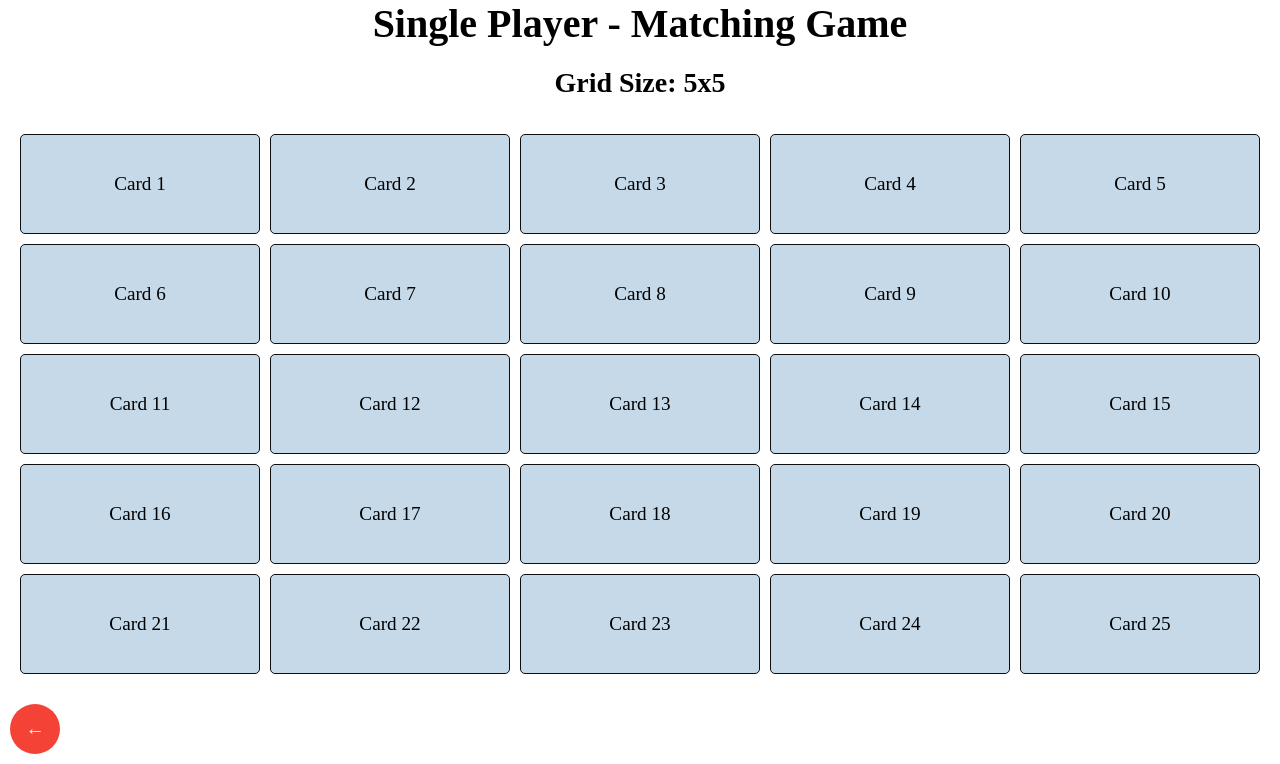
Repository: parnelltse/frontend2-courseproject
Page: /singlegame
The author's editor kept a copy of each file at every save. The page is drawn from the files as they stood at one save, then again after the next save.
The browser window is 1280 px wide. The pictures show the whole page.
The project was rebuilt for these pictures with package versions that can differ from the ones it lists, and the page was loaded fresh each time. Also part of the build but not shown: vite.config.js, src/pages/landing.jsx, src/pages/home.jsx, src/pages/gameoptions.jsx, src/pages/appsettings.jsx, src/pages/profilesettings.jsx, src/pages/gamehistory.jsx, src/pages/singleplayer.jsx and 4 more.

Above is the page before, as saved 2024-11-16 01:37:42.

### src/App.jsx
import React, { useState } from 'react';
import { BrowserRouter as Router, Routes, Route } from 'react-router-dom';
import { Landing } from './pages/landing';
import Home from './pages/home';
import Gameoptions from './pages/gameoptions';
import AppSettings from './pages/appsettings';
import ProfileSettings from './pages/profilesettings';
import GameHistory from './pages/gamehistory'; // Import GameHistory
import SinglePlayer from './pages/singleplayer';
import MultiPlayer from './pages/multiplayer';
import ResumeGame from './pages/resumegame';
import SingleGame from './pages/singlegame';
import MultiGame from './pages/multigame';

function App() {
  const [scores, setScores] = useState([
    { date: '2024-10-19', score: 85, gameMode: 'Single Player' },
    { date: '2024-10-18', score: 90, gameMode: 'Multiplayer' },
    { date: '2024-10-17', score: 75, gameMode: 'Single Player' },
  ]);

  return (
    <Router>
      <Routes>
        <Route path="/" element={<Landing />} />
        <Route path="/home" element={<Home />} />
        <Route path="/gameoptions" element={<Gameoptions />} />
        <Route path="/appsettings" element={<AppSettings />} />
        <Route path="/profilesettings" element={<ProfileSettings />} />
        <Route path="/gamehistory" element={<GameHistory scores={scores} />} /> {/* Pass scores as prop */}
        <Route path="/singleplayer" element={<SinglePlayer />} />
        <Route path="/multiplayer" element={<MultiPlayer />} />
        <Route path="/resumegame" element={<ResumeGame />} />
        <Route path="/singlegame" element={<SingleGame />} />
        <Route path="/multigame" element={<MultiGame />} />
      </Routes>
    </Router>
  );
}

export default App;

### src/pages/singlegame.jsx
import React from "react";
import { useLocation } from "react-router-dom";
import BackButton from "../components/BackButton";
import "../App.css";

export default function SingleGame() {
	const location = useLocation();
	const { gridSize } = location.state || { gridSize: 5 }; // Default to 5x5

	// Total cards = gridSize * gridSize
	const totalCards = gridSize * gridSize;

	return (
		<div className="single-game-container">
			<h1>Single Player - Matching Game</h1>
			<h2>Grid Size: {gridSize}x{gridSize}</h2>

			<div
				className="game-grid"
				style={{
					gridTemplateColumns: `repeat(${gridSize}, 1fr)`,
					gridTemplateRows: `repeat(${gridSize}, 1fr)`,
				}}
			>
				{Array.from({ length: totalCards }).map((_, index) => (
					<div className="game-item" key={index}>
						Card {index + 1}
					</div>
				))}
			</div>

			<BackButton />
		</div>
	);
}

### src/App.css
/* General Reset */
* {
	margin: 0;
	padding: 0;
	box-sizing: border-box;
}

/* Home page */
.container {
	align-items: center; /* Center the items horizontally */
	justify-content: center; /* Center the items vertically */
	min-height: 100vh; /* Full viewport height */
	background-color: #e3f2fd; /* Light blue background color */
	padding: 20px; /* Padding around content */
	padding-top: 15vh;
}

header {
	text-align: center;
	margin-bottom: 40px; /* Space below header */
	margin: auto;
}

button {
	background-color: #1e88e5; /* Button background color */
	color: white; /* White text color */
	border: none; /* Remove border */
	border-radius: 5px; /* Rounded corners */
	padding: 10px; /* Padding for buttons */
	cursor: pointer; /* Pointer cursor */
	transition: background-color 0.3s; /* Smooth background transition */
	width: 200px; /* Fixed width for all buttons */
	height: 50px; /* Fixed height for all buttons */
	font-size: 1rem; /* Font size for button text */
	margin: 10px; /* Space between buttons */
}

button:hover {
	background-color: #1565c0; /* Darker button color on hover */
}

.button-container {
	display: flex; /* Use flexbox for button alignment */
	flex-direction: column; /* Stack buttons vertically */
	align-items: center; /* Center buttons horizontally */
}

.title {
	font-size: 2.5rem; /* Title font size */
	text-align: center; /* Center the title text */
	margin-bottom: 20px; /* Space below title */
}

.profile-button {
	background-color: #6200ea; /* Primary color */
	color: white; /* White text */
	border: none; /* Remove border */
	border-radius: 5px; /* Rounded corners */
	padding: 10px 20px; /* Button padding */
	font-size: 24px; /* Font size */
	cursor: pointer; /* Pointer cursor on hover */
	transition: background-color 0.3s; /* Smooth background transition */
	width: 200px; /* Ensure the width matches other buttons */
	height: 50px; /* Ensure the height matches other buttons */
	margin-top: 100px;
}

.profile-button:hover {
	background-color: #3700b3; /* Darker shade on hover */
}

.button-container {
	display: flex;
	gap: 20px; /* Space between buttons */
}

.play-button,
.settings-button {
	background-color: #03dac6; /* Secondary color */
	border: none;
	border-radius: 5px;
	padding: 15px 25px; /* Button padding */
	font-size: 1.5rem; /* Font size */
	cursor: pointer; /* Pointer cursor on hover */
	transition: background-color 0.3s; /* Smooth background transition */
	align-items: center;
	text-align: center;
}

.play-button {
	color: rgb(74, 96, 86); /* darker text */
}

.settings-button {
	color: white; /* white text */
}

.play-button:hover {
	background-color: #018786; /* Darker shade on hover */
	color: white; /* white text */

}

.settings-button {
	background-color: #ff5722; /* Different color for settings */
}

.settings-button:hover {
	background-color: #c41c00; /* Darker shade on hover */
}

/* Typography */
h1 {
	font-size: 2.5rem;
	text-align: center;
	margin-bottom: 20px;
}

h2 {
	font-size: 1.75rem;
	text-align: center;
	margin-bottom: 15px;
}

/* Button Styles */
button {
	background-color: #6200ea;
	color: white;
	padding: 10px 20px;
	border: none;
	border-radius: 5px;
	cursor: pointer;
	margin: 10px;
	transition: background-color 0.3s ease;
}

button:hover {
	background-color: #3700b3;
}

/* Form Input Styles */
input[type="text"],
input[type="password"],
input[type="number"] {
	width: 100%;
	padding: 10px;
	margin: 10px 0;
	box-sizing: border-box;
	border: 2px solid #ccc;
	border-radius: 4px;
}

form {
	max-width: 400px;
	margin: 20px auto;
	display: flex;
	flex-direction: column;
}

/* Back Button */
button.back-btn {
	background-color: #f44336;
	color: white;
	border-radius: 50%;
	width: 50px;
	height: 50px;
	display: flex;
	justify-content: center;
	align-items: center;
	font-size: 1.2rem;
}

button.back-btn:hover {
	background-color: #e53935;
}

/* App Settings */
.app-settings {
	display: flex;
	flex-direction: column;
	justify-content: center;
	align-items: center;
	padding: 20px;
	text-align: center;
	min-height: 100vh;
	padding-top: 20vh;
}

.setting-bottons {
	display: flex;
	justify-content: center;
	flex-direction: column;
	margin: auto;
	align-items: center;
}

.theme-toggle {
	background-color: #333;
	color: white;
	padding: 10px;
	border-radius: 5px;
	cursor: pointer;
}

.theme-toggle:hover {
	background-color: #555;
}

/* Game Options */
.game-options {
	display: flex;
	flex-direction: column;
	align-items: center;
	margin: 20px;
}

button.grid-size {
	background-color: #2196f3;
	margin: 5px;
}

button.grid-size:hover {
	background-color: #1976d2;
}

/* single and multiplayer pages */
img {
	max-width: 100%;
	height: auto;
	display: block;
	margin: 0 auto;
}

.game-grid {
	display: grid;
	grid-template-columns: repeat(5, 1fr); /* 5 columns for a 5x5 grid */
	gap: 10px; /* Space between grid items */
	padding: 20px; /* Optional padding around the grid */
}

.game-item {
	background-color: #c5d9e8; /* Background color for game items */
	border: 1px solid #100f0f; /* Border for each game item */
	border-radius: 5px; /* Rounded corners */
	display: flex; /* Center content */
	align-items: center; /* Center content vertically */
	justify-content: center; /* Center content horizontally */
	height: 100px; /* Fixed height for game items */
	font-size: 1.2em; /* Font size for game item text */
}

/* history page */

.history-container {
	display: flex;
	flex-direction: column;
	align-items: center;
	justify-content: center;
	min-height: 100vh; /* Full viewport height */
	background-color: #f9f9f9; /* Light background color */
	padding: 20px; /* Padding around content */
}

.history-title {
	font-size: 2.5rem; /* Title font size */
	color: #333; /* Darker text color */
	margin-bottom: 10px; /* Space below title */
}

.history-description {
	font-size: 1.2rem; /* Description font size */
	color: #666; /* Slightly lighter text color */
	text-align: center; /* Center-align description */
	margin-bottom: 30px; /* Space below description */
}

.score-table {
	width: 100%;
	max-width: 600px; /* Max width for the table */
	margin: 0 auto; /* Center the table */
	background-color: white; /* White background for the table */
	border-radius: 8px; /* Rounded corners */
	box-shadow: 0 4px 8px rgba(0, 0, 0, 0.1); /* Subtle shadow */
	overflow: hidden; /* Ensure rounded corners apply */
}

table {
	width: 100%; /* Full width of the table */
	border-collapse: collapse; /* Remove space between table cells */
}

th,
td {
	padding: 15px; /* Cell padding */
	text-align: left; /* Align text to the left */
	border-bottom: 1px solid #e0e0e0; /* Bottom border for rows */
}

th {
	background-color: #6200ea; /* Header background color */
	color: white; /* White text for header */
}

tr:hover {
	background-color: #f1f1f1; /* Highlight row on hover */
}

.back-button {
	margin-top: 20px; /* Space above the back button */
}

/* profile settings page*/

.profile-settings-container {
	display: flex;
	flex-direction: column;
	align-items: center;
	justify-content: center;
	min-height: 100vh; /* Full viewport height */
	background-color: #f9f9f9; /* Light background color */
	padding: 20px; /* Padding around content */
}

.profile-settings-title {
	font-size: 2.5rem; /* Title font size */
	color: #333; /* Darker text color */
	margin-bottom: 20px; /* Space below title */
}

.submitted-username {
	font-size: 1.5rem; /* Font size for submitted username */
	color: #6200ea; /* Color for submitted username */
	margin-bottom: 20px; /* Space below username display */
}

.profile-settings-form {
	display: flex;
	flex-direction: column;
	align-items: center; /* Center align the form elements */
	margin-bottom: 20px; /* Space below the form */
}

.username-input {
	padding: 10px; /* Padding for input */
	font-size: 1rem; /* Font size for input */
	border: 1px solid #ccc; /* Border for input */
	border-radius: 4px; /* Rounded corners */
	margin-bottom: 10px; /* Space below input */
	width: 100%; /* Full width */
	max-width: 300px; /* Max width for input */
}

.save-button {
	padding: 10px 20px; /* Padding for button */
	background-color: #6200ea; /* Button background color */
	color: white; /* Button text color */
	border: none; /* Remove border */
	border-radius: 4px; /* Rounded corners */
	cursor: pointer; /* Pointer cursor on hover */
	font-size: 1rem; /* Font size for button */
}

.save-button:hover {
	background-color: #3700b3; /* Darker button color on hover */
}

.navigation-buttons {
	display: flex;
	gap: 10px; /* Space between navigation buttons */
}

.scores-button {
	padding: 10px 20px; /* Padding for button */
	background-color: #03dac6; /* Button background color */
	color: white; /* Button text color */
	border: none; /* Remove border */
	border-radius: 4px; /* Rounded corners */
	cursor: pointer; /* Pointer cursor on hover */
	font-size: 1rem; /* Font size for button */
}

.scores-button:hover {
	background-color: #018786; /* Darker button color on hover */
}

/* game options page */

.game-options-container {
	display: flex;
	flex-direction: column;
	align-items: center;
	justify-content: center;
	min-height: 100vh; /* Full viewport height */
	background-color: #f0f4f8; /* Light background color */
	padding: 20px; /* Padding around content */
}

.game-options-title {
	font-size: 2.5rem; /* Title font size */
	color: #333; /* Darker text color */
	margin-bottom: 40px; /* Space below title */
}

.game-options-buttons {
	display: flex;
	flex-direction: column; /* Arrange buttons vertically */
	gap: 15px; /* Space between buttons */
}

.game-option-button {
	padding: 15px 30px; /* Padding for buttons */
	font-size: 1.2rem; /* Font size for buttons */
	background-color: #6200ea; /* Button background color */
	color: white; /* Button text color */
	border: none; /* Remove border */
	border-radius: 5px; /* Rounded corners */
	cursor: pointer; /* Pointer cursor on hover */
	transition: background-color 0.3s; /* Smooth background transition */
	width: 100%; /* Full width */
	max-width: 300px; /* Max width for buttons */
}

.game-option-button:hover {
	background-color: #3700b3; /* Darker button color on hover */
}

/* create account page */

.create-container {
	display: flex;
	flex-direction: column;
	align-items: center;
	justify-content: center;
	min-height: 100vh; /* Full viewport height */
	background-color: #f0f4f8; /* Light background color */
	padding: 20px; /* Padding around content */
}

.create-header {
	text-align: center; /* Center header text */
	margin-bottom: 40px; /* Space below header */
}

.create-header h1 {
	font-size: 2.5rem; /* Title font size */
	color: #000000; /* Primary color for title */
}

.create-header h2 {
	font-size: 1.5rem; /* Subtitle font size */
	color: #333; /* Darker color for subtitle */
	margin-top: 10px; /* Space above subtitle */
}

.create-container > * {
	margin: 10px 0; /* Space between elements */
}

.back-button {
	margin-top: 20px; /* Space above back button */
	background-color: #6200ea; /* Match primary color */
	color: white; /* White text color */
	border: none; /* Remove border */
	border-radius: 5px; /* Rounded corners */
	padding: 10px 20px; /* Padding for button */
	cursor: pointer; /* Pointer cursor */
	transition: background-color 0.3s; /* Smooth background transition */
}

.back-button:hover {
	background-color: #3700b3; /* Darker button color on hover */
}

/* login page */
.login-container {
	align-items: flex-start;
	justify-content: center;
	min-height: 100vh; /* Full viewport height */
	background-color: #ede3fd; /* Light blue background color */
	padding-top: 20vh;
}

.login-header {
	text-align: center; /* Center header text */
	margin-bottom: 40px; /* Space below header */
}

.login-header h1 {
	font-size: 2.5rem; /* Title font size */
	color: #3700b3; /* Primary color for title */
}

.login-header h2 {
	font-size: 1.5rem; /* Subtitle font size */
	color: #424242; /* Darker color for subtitle */
	margin-top: 10px; /* Space above subtitle */
}

.account-form {
	width: 100%; /* Full width for the form */
	max-width: 400px; /* Maximum width for the form */
	background-color: white; /* White background for form */
	border-radius: 8px; /* Rounded corners */
	box-shadow: 0 2px 10px rgba(0, 0, 0, 0.1); /* Subtle shadow */
	padding: 20px; /* Padding inside the form */
}

button {
	background-color: #6200ea; /* Match primary color */
	color: white; /* White text color */
	border: none; /* Remove border */
	border-radius: 5px; /* Rounded corners */
	padding: 10px 20px; /* Padding for button */
	cursor: pointer; /* Pointer cursor */
	transition: background-color 0.3s; /* Smooth background transition */
}

button:hover {
	background-color: #3700b3; /* Darker button color on hover */
}

.account-form input {
	margin: 10px 0; /* Space between inputs */
	padding: 10px; /* Padding for inputs */
	border: 1px solid #ccc; /* Light border for inputs */
	border-radius: 5px; /* Rounded corners for inputs */
	width: 100%; /* Full width for inputs */
}

### src/components/BackButton.jsx
import React from "react";
import { useNavigate } from "react-router-dom";

export default function BackButton() {
	const navigate = useNavigate();

	return (
		<button className="back-btn" onClick={() => navigate(-1)}>
			&#x2190;
		</button>
	);
}

Loaded but not shown: index.html (common file); src/main.jsx (common file)

After the next save:
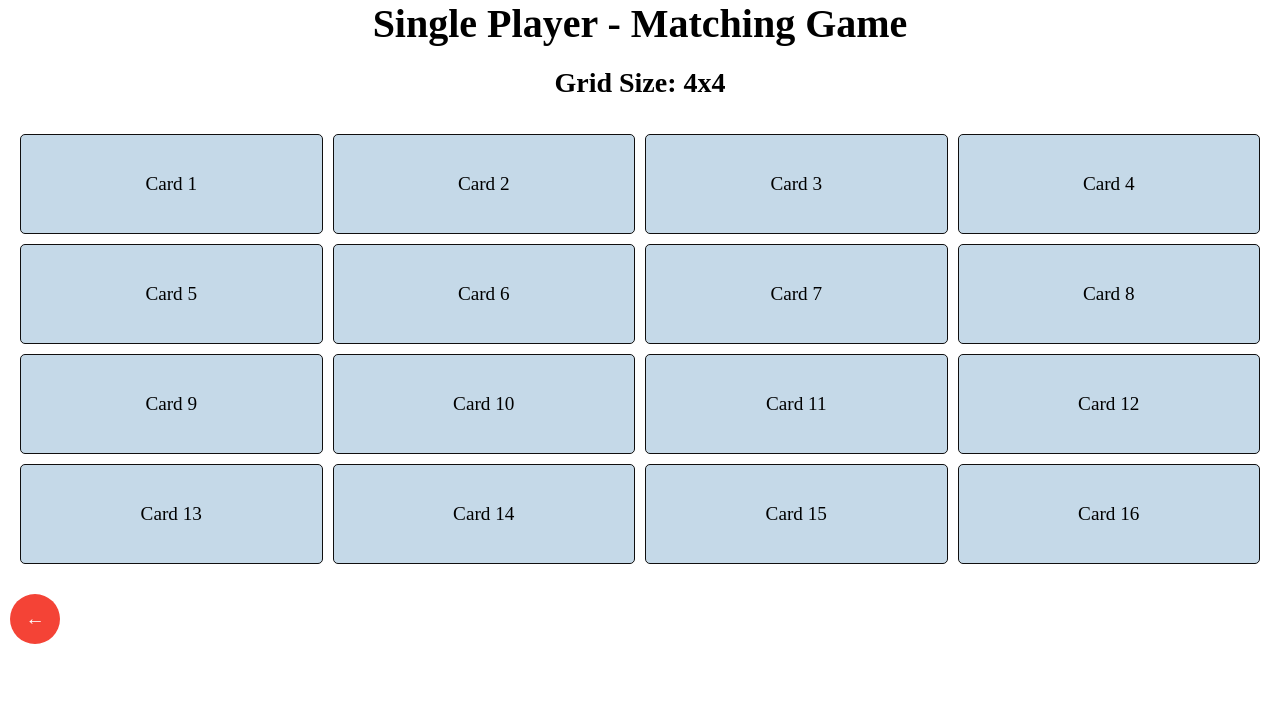
Saved 40 s later.
--- a/src/pages/singlegame.jsx
+++ b/src/pages/singlegame.jsx
@@ -5,7 +5,7 @@ import "../App.css";
 
 export default function SingleGame() {
 	const location = useLocation();
-	const { gridSize } = location.state || { gridSize: 5 }; // Default to 5x5
+	const { gridSize } = location.state || { gridSize: 4 }; // Default to 5x5
 
 	// Total cards = gridSize * gridSize
 	const totalCards = gridSize * gridSize;
